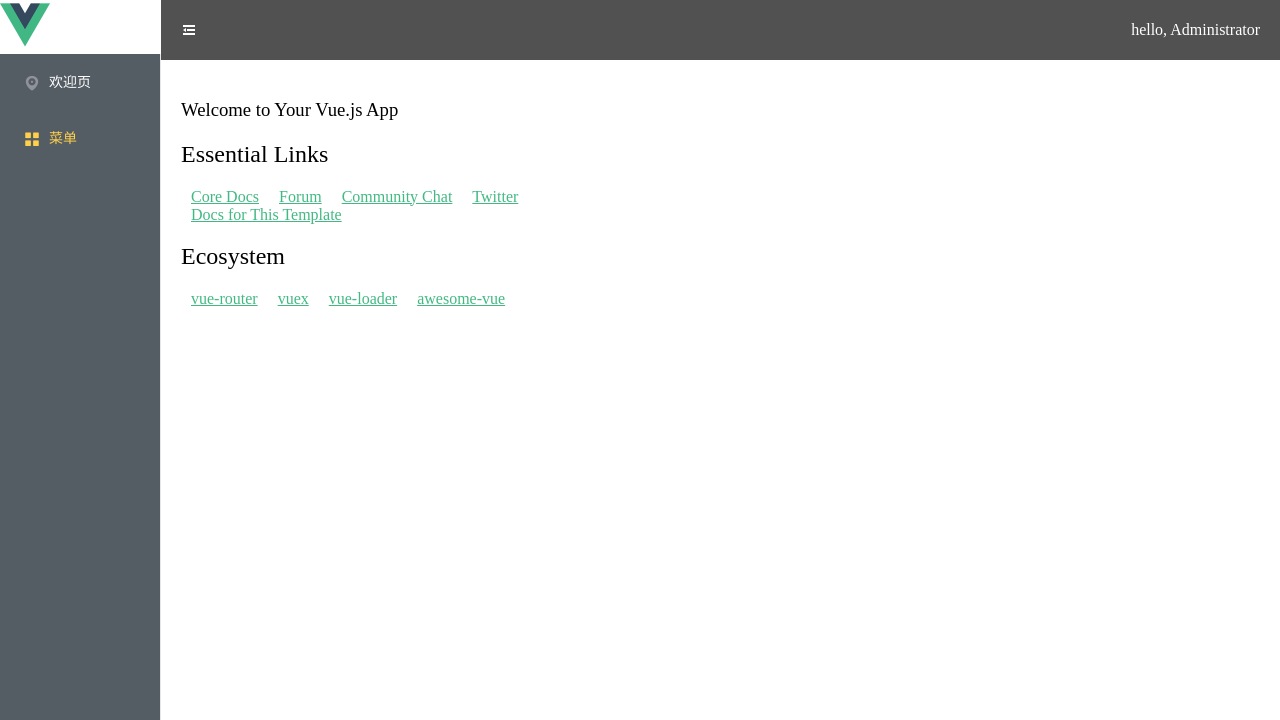
Repository: qianxuebing/admin
Page: /HelloWorld
These files come from the project's save history. The page is drawn as it stood at one moment and after the next save; the edit follows.
The browser window is 1280 px wide. The pictures show the whole page.
The project was rebuilt for these pictures with package versions that can differ from the ones it lists, and the page was loaded fresh each time. Imported but missing from the stored project, and not drawn on this page: src/views/home/Home.

Above is the page before, as saved 2019-12-09 16:32:09.

### src/main.js
// The Vue build version to load with the `import` command
// (runtime-only or standalone) has been set in webpack.base.conf with an alias.
import Vue from 'vue'
import App from './App'
import router from './router'
import ElementUI from 'element-ui'
import 'element-ui/lib/theme-chalk/index.css'
import store from './store/index'

Vue.use(ElementUI)

Vue.config.productionTip = false

/* eslint-disable no-new */
new Vue({
  el: '#app',
  router,
  store,
  components: { App },
  template: '<App/>'
})

### src/App.vue
<template>
  <div id="app">
    <router-view/>
  </div>
</template>

<script>
export default {
  name: 'App'
}
</script>

<style>
html,body {
  height: 100%;
  overflow: hidden;
  margin: 0;
  padding: 0;
}
  #app {
    height: 100%;
  }
</style>

### src/router/index.js
import Vue from 'vue'
import Router from 'vue-router'
import HelloWorld from '@/components/HelloWorld'
import Home from '@/views/home/Home'
import Layout from '@/views/layout/Layout'

Vue.use(Router)

export default new Router({
  mode: 'history',
  routes: [
    {
      path: '/',
      component: Layout,
      children: [
        {
          path: '/',
          name: 'Home',
          component: Home
        },
        {
          path: '/HelloWorld',
          name: 'HelloWorld',
          component: HelloWorld
        }
      ]
    }
  ]
})

### src/store/index.js
import Vue from 'vue'
import Vuex from 'vuex'

Vue.use(Vuex)

const store = new Vuex.Store({
  state: {
    isActive: false
  },
  getters: {

  },
  mutations: {
    TOGGLE_SIDEBAR (state) {
      state.isActive = !state.isActive
    }
  },
  actions: {
    toggleSideBar ({commit}) {
      commit('TOGGLE_SIDEBAR')
    }
  }
})

export default store

### src/views/layout/Layout.vue
<template>
  <el-container class="container">
      <side-bar></side-bar>
      <el-container>
          <el-header class="header">
            <nav-bar></nav-bar>
          </el-header>
          <el-main>
            <router-view></router-view>
          </el-main>
      </el-container>
  </el-container>
</template>

<script>
import SideBar from '../../components/SideBar'
import NavBar from '../../components/NavBar'
export default {
  components: {
    SideBar,
    NavBar
  }
}
</script>

<style>
  .container{
    height: 100%;
  }
  .header{
    background: rgb(82, 81, 81);
    color: #fff;
  }
</style>

### src/components/SideBar.vue
<template>
<div>
  <el-image
    style="width: 50px; height: 50px"
    :src="logo"
    fit>
  </el-image>
  <el-menu router :default-active="$route.path" class="el-menu-vertical-demo menu" :collapse="isActive" background-color="#545c64" text-color="#fff"  acitve-background-color="#001528" active-text-color="#ffd04b">
    <template v-for="item in sideBarData">
      <el-menu-item :index="item.path" :key="item.id">
        <i :class="item.icon"></i>
        <span slot="title">{{ item.title }}</span>
      </el-menu-item>
    </template>
  </el-menu>
</div>
</template>

<script>
import { mapState } from 'vuex'
import sideBarData from './mock.js'
import logo from '../../static/logo.png'
export default {
  data () {
    return {
      sideBarData: sideBarData,
      logo: logo
    }
  },
  computed: {
    ...mapState(['isActive'])
  }
}
</script>

<style>
  .menu {
    height: 100%;
    overflow: auto;
    border: 0;
  }
  .el-menu-vertical-demo:not(.el-menu--collapse) {
    width: 160px;
  }
</style>

### src/components/NavBar.vue
<template>
  <div class="header-inner">
    <i :class="`${isActive ? 'el-icon-s-unfold' : 'el-icon-s-fold'}`" @click="toggleSideBar"></i>
    <span>hello, Administrator</span>
  </div>
</template>

<script>
import { mapState } from 'vuex'
export default {
  computed: {
    ...mapState(['isActive'])
  },
  methods: {
    toggleSideBar () {
      this.$store.dispatch('toggleSideBar')
    }
  }
}
</script>

<style>
  .header-inner{
    height: 60px;
    display: flex;
    justify-content: space-between;
    align-items: center;
  }
</style>

### src/components/mock.js
const sideBarData = [
  {
    id: '01',
    path: '/',
    title: '欢迎页',
    icon: 'el-icon-location'
  }, {
    id: '02',
    path: '/HelloWorld',
    title: '菜单',
    icon: 'el-icon-menu'
  }
]

export default sideBarData

Loaded but not shown: index.html (common file); src/components/HelloWorld.vue (common file)

After the next save:
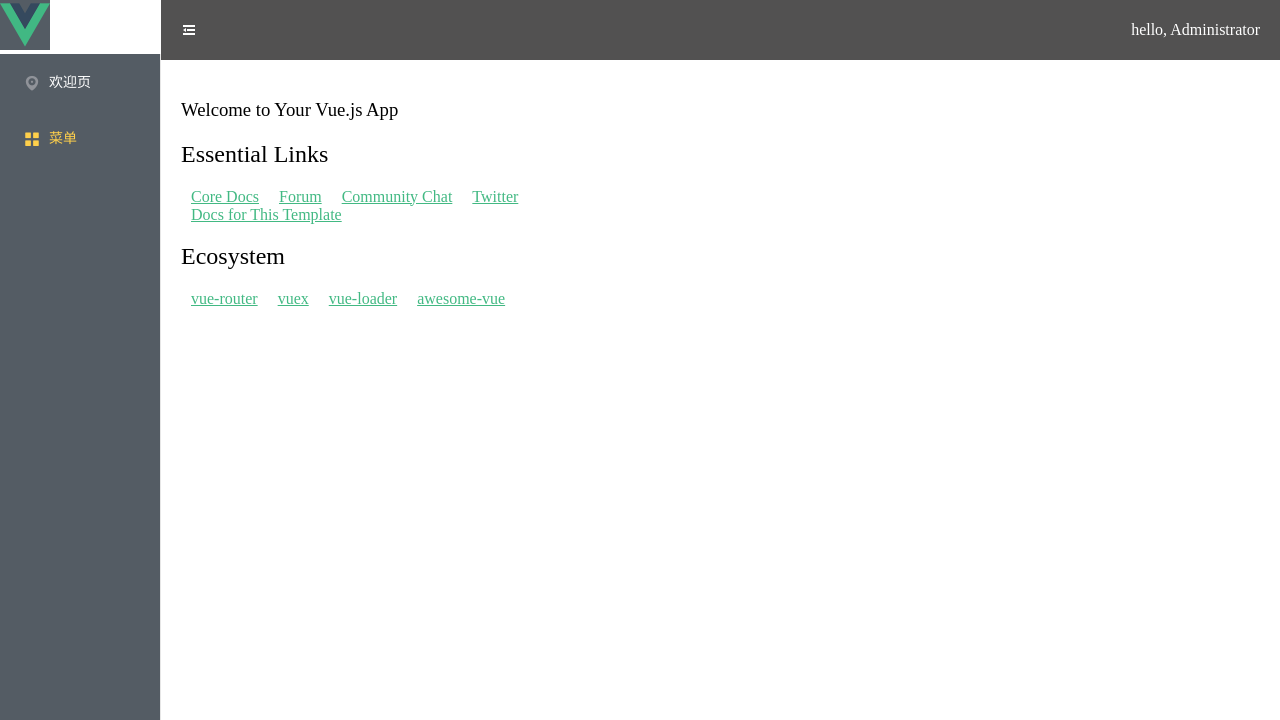
Saved 82 s later.
--- a/src/components/SideBar.vue
+++ b/src/components/SideBar.vue
@@ -42,4 +42,7 @@ export default {
   .el-menu-vertical-demo:not(.el-menu--collapse) {
     width: 160px;
   }
+  .el-image{
+    background-color: #545c64;
+  }
 </style>
